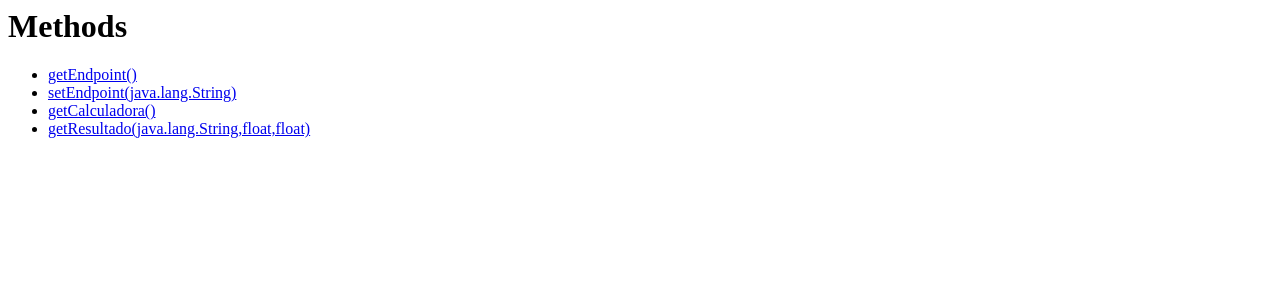
Repository: Neimarmg/WebServices
Page: http://localhost/wsmatematicaClient/sampleCalculadoraProxy/Method.jsp
The author's editor kept a copy of each file at every save. The page is drawn from the files as they stood at one save, then again after the next save.
The browser window is 1280 px wide. The pictures show the whole page.
The page is served by Tomcat 9. Other server files are loaded and not shown.

Above is the page before, as saved 2016-11-25 11:06:05.

### sv/wsmatematicaClient/WebContent/sampleCalculadoraProxy/Method.jsp
<%@page contentType="text/html;charset=UTF-8"%><HTML>
<HEAD>
<TITLE>Methods</TITLE>
</HEAD>
<BODY>
<H1>Methods</H1>
<UL>
<LI><A HREF="Input.jsp?method=2" TARGET="inputs"> getEndpoint()</A></LI>
<LI><A HREF="Input.jsp?method=5" TARGET="inputs"> setEndpoint(java.lang.String)</A></LI>
<LI><A HREF="Input.jsp?method=10" TARGET="inputs"> getCalculadora()</A></LI>
<LI><A HREF="Input.jsp?method=13" TARGET="inputs"> getResultado(java.lang.String,float,float)</A></LI>
</UL>
</BODY>
</HTML>

After the next save:
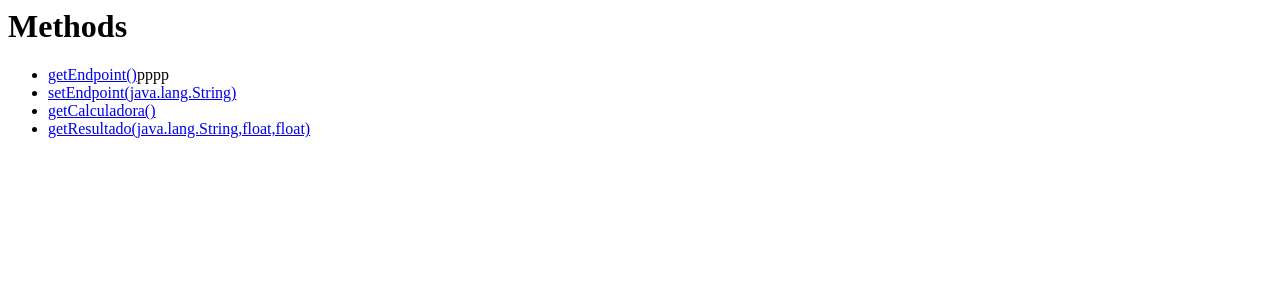
Saved 10 s later.
--- a/sv/wsmatematicaClient/WebContent/sampleCalculadoraProxy/Method.jsp
+++ b/sv/wsmatematicaClient/WebContent/sampleCalculadoraProxy/Method.jsp
@@ -5,7 +5,7 @@
 <BODY>
 <H1>Methods</H1>
 <UL>
-<LI><A HREF="Input.jsp?method=2" TARGET="inputs"> getEndpoint()</A></LI>
+<LI><A HREF="Input.jsp?method=2" TARGET="inputs"> getEndpoint()</A>pppp</LI>
 <LI><A HREF="Input.jsp?method=5" TARGET="inputs"> setEndpoint(java.lang.String)</A></LI>
 <LI><A HREF="Input.jsp?method=10" TARGET="inputs"> getCalculadora()</A></LI>
 <LI><A HREF="Input.jsp?method=13" TARGET="inputs"> getResultado(java.lang.String,float,float)</A></LI>
